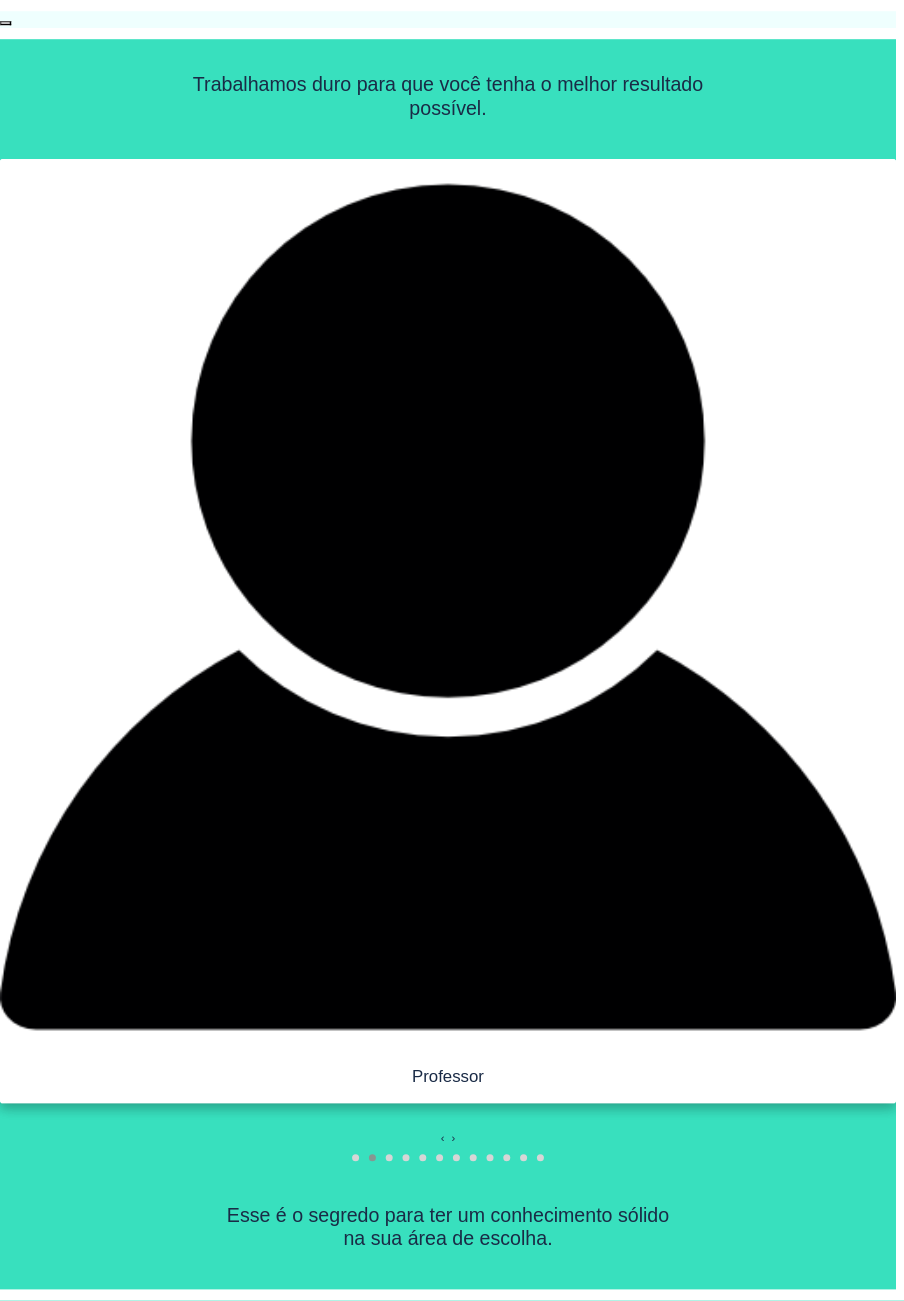
Repository: MarTech-Coders-Planejamento/site-oficial
Page: home.html
The author's editor kept a copy of each file at every save. The page is drawn from the files as they stood at one save, then again after the next save.
The browser window is 1280 px wide. The page is 1292 px wide, so the pictures cover 1292 px, including what lies to the right of the window. The pictures show the whole page, at 70% of full size.
Some web fonts or font styles are not loaded; a fallback is used.

Above is the page before, as saved 2021-10-23 15:54:33.

After the next save:
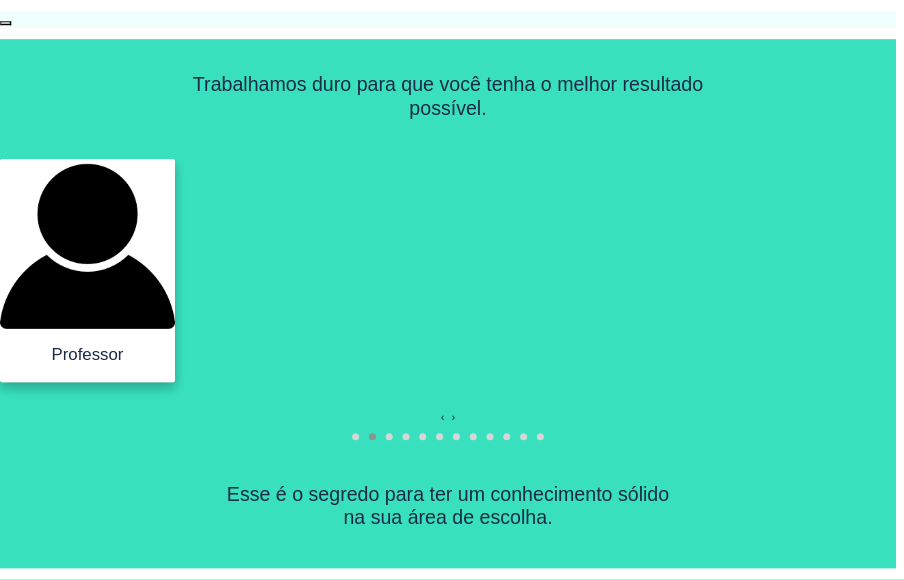
Saved 101 s later.
--- a/css/home.css
+++ b/css/home.css
@@ -38,3 +38,7 @@
   overflow: hidden;
   display: block;
 }
+
+.item{
+  width: 250px;
+}
